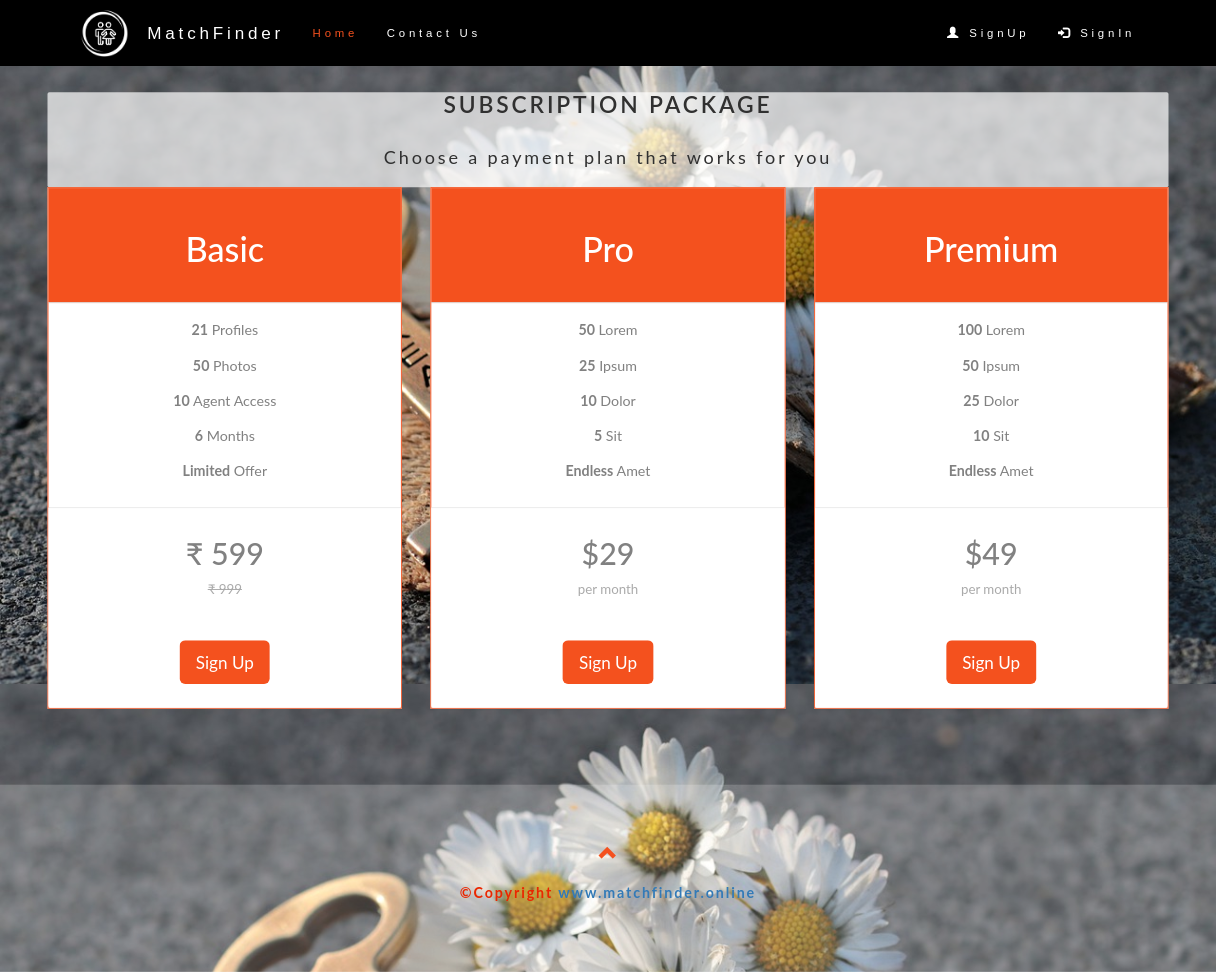
Repository: vibhu95/MatchFinder
Page: http://localhost/MatchFinder/package.jsp
An editor plug-in stored every save of this project. The page is shown before and after the next save, followed by the edit.
The browser window is 1280 px wide. The pictures show the whole page, at 95% of full size.
Backgrounds fixed to the window are drawn as part of the page. Some web libraries are served in a nearby version. The page is served by Tomcat 9. Other server files are loaded and not shown.

Above is the page before, as saved 2018-01-31 19:54:06.

### workspace/MatchFinder/WebContent/package.jsp
<%@ page language="java" contentType="text/html; charset=ISO-8859-1"
    pageEncoding="ISO-8859-1"%>
    <%@page import="javax.servlet.http.*" %>
<%@page import="com.classes.*" %>
<%@page import="com.controller.*" %>
<%@include file="header.jsp" %>

<!-- Container (Pricing Section) -->
<div id="pricing" class="container-fluid">
  <div style="background-color: rgba(255,255,255,0.7); border-radius:2px; height:100px; letter-spacing:3px" class="text-center">
    <h2 style="margin-top:10px">Subscription Package</h2>
    <h4>Choose a payment plan that works for you</h4>
  </div>
  <div class="row slideanim">
    <div class="col-sm-4 col-xs-12">
      <div class="panel panel-default text-center">
        <div class="panel-heading">
          <h1>Basic</h1>
        </div>
        <div class="panel-body">
          <p><strong>21</strong> Profiles</p>
          <p><strong>50</strong> Photos</p>
          <p><strong>10</strong> Agent Access</p>
          <p><strong>6</strong> Months</p>
          <p><strong>Limited</strong> Offer</p>
        </div>
        <div class="panel-footer">
          <h3>&#8377 599</h3>
          <h4><del>&#8377 999</del></h4>
          <button class="btn btn-lg">Sign Up</button>
        </div>
      </div>
    </div>
    <div class="col-sm-4 col-xs-12">
      <div class="panel panel-default text-center">
        <div class="panel-heading">
          <h1>Pro</h1>
        </div>
        <div class="panel-body">
          <p><strong>50</strong> Lorem</p>
          <p><strong>25</strong> Ipsum</p>
          <p><strong>10</strong> Dolor</p>
          <p><strong>5</strong> Sit</p>
          <p><strong>Endless</strong> Amet</p>
        </div>
        <div class="panel-footer">
          <h3>$29</h3>
          <h4>per month</h4>
          <button class="btn btn-lg">Sign Up</button>
        </div>
      </div>
    </div>
    <div class="col-sm-4 col-xs-12">
      <div class="panel panel-default text-center">
        <div class="panel-heading">
          <h1>Premium</h1>
        </div>
        <div class="panel-body">
          <p><strong>100</strong> Lorem</p>
          <p><strong>50</strong> Ipsum</p>
          <p><strong>25</strong> Dolor</p>
          <p><strong>10</strong> Sit</p>
          <p><strong>Endless</strong> Amet</p>
        </div>
        <div class="panel-footer">
          <h3>$49</h3>
          <h4>per month</h4>
          <button class="btn btn-lg">Sign Up</button>
        </div>
      </div>
    </div>
  </div>
</div>

<%@include file="footer.jsp" %>

### workspace/MatchFinder/WebContent/header.jsp
<%@ page language="java" contentType="text/html; charset=ISO-8859-1"
    pageEncoding="ISO-8859-1"%>
<!DOCTYPE html PUBLIC "-//W3C//DTD HTML 4.01 Transitional//EN" "http://www.w3.org/TR/html4/loose.dtd">
<%@page import="com.classes.*" %>
<%@ page session = "false" %>
<% HttpSession session = request.getSession(false); %>

<!-- header -->
<html lang="en">
<head>
  <title>Match@Finder</title>
  <meta charset="utf-8">
  <meta name="viewport" content="width=device-width, initial-scale=1">
  <link rel="stylesheet" href="https://maxcdn.bootstrapcdn.com/bootstrap/3.3.7/css/bootstrap.min.css">
  <link rel="stylesheet" href="css/style.css">
  <script src="https://ajax.googleapis.com/ajax/libs/jquery/3.2.1/jquery.min.js"></script>
  <script src="https://maxcdn.bootstrapcdn.com/bootstrap/3.3.7/js/bootstrap.min.js"></script>

<style>
#about{
	color: rgb(0,0,0);
	font-size:22;
	font-weight:bold;
}
#copy{
	color:rgb(234,39,0);
	font-size: 32;
	font-weight: bold;
	letter-spacing: 2px;
}
body{
 background: url('pic/11__11.jpg') no-repeat fixed;
  background-size: 100% 100%;
}
footer, #about{
background-color: rgba(255,255,255,0.2);
}
  .container {
      padding: 10px 30px;
  }
  .carousel-inner img {
    //  -webkit-filter: grayscale(90%);
   //  filter: grayscale(90%); /* make all photos black and white */
      width: 100%; /* Set width to 100% */
     margin:auto;
  }
  .carousel-caption h3 {
      color: #fff !important;
  }
    @media (max-width: 600px) {
    .carousel-caption {
      display: none; /* Hide the carousel text when the screen is less than 600 pixels wide */
    }
  }
  #signal{
  	float: right;
  	margin-top: 100px;
  }
  #upload_dp {
    display: none;
    width: 0;
    height: 0;
}
   #dp1:hover {
    opacity: 0.5;
    filter: alpha(opacity=50); /* For IE8 and earlier */
    cursor: pointer;
}

  </style>
  <script>
$(document).ready(function(){
    $("#dp1").click(function(){
        $('#upload_dp').click();
    })
});
</script>

</head>
<body id="myPage" data-spy="scroll" data-target=".navbar" data-offset="60">
<nav class="navbar navbar-inner navbar-fixed-top">
  <div class="container">
    <div class="navbar-header">
    <a href="index.jsp"><img src="pic/logos.png" alt="logo" style="float: left; margin-right: 20px " height="50px" width="50px"></a>
      <a class="navbar-brand" href="index.jsp">MatchFinder</a>
    </div>
    <ul class="nav navbar-nav">
       <li class="active"><a href="index.jsp">Home</a></li>
  <!--    <li class="dropdown"><a class="dropdown-toggle" data-toggle="dropdown" href="#">Page 1 <span class="caret"></span></a>
        <ul class="dropdown-menu">
          <li><a href="#">Page 1-1</a></li>
          <li><a href="#">Page 1-2</a></li>
          <li><a href="#">Page 1-3</a></li>
        </ul>
      </li>   -->
     <%
      if(session!=null)
      { %>
      <li><a href="agent.jsp">Agents</a></li>
      <% } %>
      <li><a href="contact.jsp">Contact Us</a></li>
      </ul>
    <ul class="nav navbar-nav navbar-right">
<script>
function upload(){
	 document.getElementById('upload').submit();
	  }

</script>
      <%
      if(session!=null)
      {
    	  if(session.getAttribute("user")!=null)
    	  {
    	    UserBean user = (UserBean)session.getAttribute("user");
    	    if(user!=null)
    	    {   %>
        <form action="UploadImage" method="post" id="upload" enctype="multipart/form-data">
        <input id="upload_dp" type="file" name="dp" size="chars" onchange="document.getElementById('upload').submit();">
           </form>
      <li style="font-size:20px; margin-top:10px;">
      <%      if(user.getDp()!=null)
               { int id = user.getId(); %>
      <img id="dp1" src="getImage.jsp?id=<%=id %>" class="img-circle" alt="getDp" style="margin-top:5px; margin-right:10px;" width="40px" hieght="40px"></img></li><li><a style="text-decoration:none;" href="profile.jsp?id=<%=user.getId() %>"><%=user.getName() %></a></li>
      <%         }
              else{ %>
    	<img id="dp1" src="pic/businessman_17.png" class="img-circle" alt="DefaultDp" style="margin-top:5px; margin-right:10px;" width="40px" hieght="40px"></img><a style="text-decoration:none;" href="profile.jsp?id=<%=user.getId() %>"><%=user.getName() %></a></li>
      <%         }
             }
      %>
      <li><a href="SignOut"><span class="glyphicon glyphicon-log-in"></span> SignOut</a></li>
      <%  }
      else {%>
    		<li><a href="login/login.jsp"><span class="glyphicon glyphicon-user"></span> SignUp</a></li>
    	      <li><a href="login/login.jsp"><span class="glyphicon glyphicon-log-in"></span> SignIn</a></li>
  <%  } }
    else { %>
    	<li><a href="login/login.jsp"><span class="glyphicon glyphicon-user"></span> SignUp</a></li>
      <li><a href="login/login.jsp"><span class="glyphicon glyphicon-log-in"></span> SignIn</a></li>
      <% } %>
       </ul>
  </div>
</nav>

<!-- Header Closed -->>

### workspace/MatchFinder/WebContent/footer.jsp
<%@ page language="java" contentType="text/html; charset=ISO-8859-1"
    pageEncoding="ISO-8859-1"%>
<!DOCTYPE html PUBLIC "-//W3C//DTD HTML 4.01 Transitional//EN" "http://www.w3.org/TR/html4/loose.dtd">

<!-- Footer Start -->

<footer class="container-fluid text-center">
  <a href="#myPage" title="To Top">
    <span class="glyphicon glyphicon-chevron-up"></span>
  </a>
  <p id="copy">&copyCopyright  <a href="https://www.matchfinder.online" title="Visit MatchFinder">www.matchfinder.online</a></p>
</footer>

<script>
$(document).ready(function(){
  // Add smooth scrolling to all links in navbar + footer link
  $(".navbar a, footer a[href='#myPage']").on('click', function(event) {
    // Make sure this.hash has a value before overriding default behavior
    if (this.hash !== "") {
      // Prevent default anchor click behavior
      event.preventDefault();

      // Store hash
      var hash = this.hash;

      // Using jQuery's animate() method to add smooth page scroll
      // The optional number (900) specifies the number of milliseconds it takes to scroll to the specified area
      $('html, body').animate({
        scrollTop: $(hash).offset().top
      }, 900, function(){

        // Add hash (#) to URL when done scrolling (default click behavior)
        window.location.hash = hash;
      });
    } // End if
  });

  $(window).scroll(function() {
    $(".slideanim").each(function(){
      var pos = $(this).offset().top;

      var winTop = $(window).scrollTop();
        if (pos < winTop + 600) {
          $(this).addClass("slide");
        }
    });
  });
})
</script>

</body>
</html>
<!-- Footer End -->

### workspace/MatchFinder/WebContent/css/style.css
body {
      font: 400 15px Lato, sans-serif;
      line-height: 1.8;
      color: #818181;
  }
  h2 {
      font-size: 24px;
      text-transform: uppercase;
      color: #303030;
      font-weight: 600;
      margin-bottom: 30px;
  }
  h4 {
      font-size: 19px;
      line-height: 1.375em;
      color: #303030;
      font-weight: 400;
      margin-bottom: 30px;
  }
  .jumbotron {
      background-color: #f4511e;
      color: #fff;
      padding: 100px 25px;
      font-family: Montserrat, sans-serif;
  }
  .container-fluid {
      padding: 60px 50px;
  }
  .bg-grey {
      background-color: #f6f6f6;
  }
  .logo-small {
      color: #f4511e;
      font-size: 50px;
  }
  .logo {
      color: #f4511e;
      font-size: 200px;
  }
  .thumbnail {
      padding: 0 0 15px 0;
      border: none;
      border-radius: 0;
  }
  .thumbnail img {
      width: 100%;
      height: 100%;
      margin-bottom: 10px;
  }
  .carousel-control.right, .carousel-control.left {
      background-image: none;
      color: #f4511e;
  }
  .carousel-indicators li {
      border-color: #f4511e;
  }
  .carousel-indicators li.active {
      background-color: #f4511e;
  }
  .item h4 {
      font-size: 19px;
      line-height: 1.375em;
      font-weight: 400;
      font-style: italic;
      margin: 70px 0;
  }
  .item span {
      font-style: normal;
  }
  .panel {
      border: 1px solid #f4511e;
      border-radius:0 !important;
      transition: box-shadow 0.5s;
  }
  .panel:hover {
      box-shadow: 5px 0px 40px rgba(0,0,0, .2);
  }
  .panel-footer .btn:hover {
      border: 1px solid #f4511e;
      background-color: #fff !important;
      color: #f4511e;
  }
  .panel-heading {
      color: #fff !important;
      background-color: #f4511e !important;
      padding: 25px;
      border-bottom: 1px solid transparent;
      border-top-left-radius: 0px;
      border-top-right-radius: 0px;
      border-bottom-left-radius: 0px;
      border-bottom-right-radius: 0px;
  }
  .panel-footer {
      background-color: white !important;
  }
  .panel-footer h3 {
      font-size: 32px;
  }
  .panel-footer h4 {
      color: #aaa;
      font-size: 14px;
  }
  .panel-footer .btn {
      margin: 15px 0;
      background-color: #f4511e;
      color: #fff;
  }
  .navbar {
      margin-bottom: 0;
    //  height: 19%;
    //  background-color: #f4511e;
      background-color: #000;
      z-index: 9999;
      border: 0;
      font-size: 12px !important;
      line-height: 1.42857143 !important;
      letter-spacing: 4px;
      border-radius: 0;
      font-family: Montserrat, sans-serif;
  }
  .navbar li a, .navbar .navbar-brand {
      color: #fff !important;
  }
  .navbar-nav li a:hover, .navbar-nav li.active a {
      color: #f4511e !important;
     // background-color: #fff !important;
  }
  .dropdown-menu {

      background-color: #000 !important;
  }
  .navbar-default .navbar-toggle {
      border-color: transparent;
      color: #fff !important;
  }
  footer .glyphicon {
      font-size: 20px;
      margin-bottom: 20px;
      color: #f4511e;
  }
  .slideanim {visibility:hidden;}
  .slide {
      animation-name: slide;
      -webkit-animation-name: slide;
      animation-duration: 1s;
      -webkit-animation-duration: 1s;
      visibility: visible;
  }
  @keyframes slide {
    0% {
      opacity: 0;
      transform: translateY(70%);
    }
    100% {
      opacity: 1;
      transform: translateY(0%);
    }
  }
  @-webkit-keyframes slide {
    0% {
      opacity: 0;
      -webkit-transform: translateY(70%);
    }
    100% {
      opacity: 1;
      -webkit-transform: translateY(0%);
    }
  }
  @media screen and (max-width: 768px) {
    .col-sm-4 {
      text-align: center;
      margin: 25px 0;
    }
    .btn-lg {
        width: 100%;
        margin-bottom: 35px;
    }
  }
  @media screen and (max-width: 480px) {
    .logo {
        font-size: 150px;
    }
  }

After the next save:
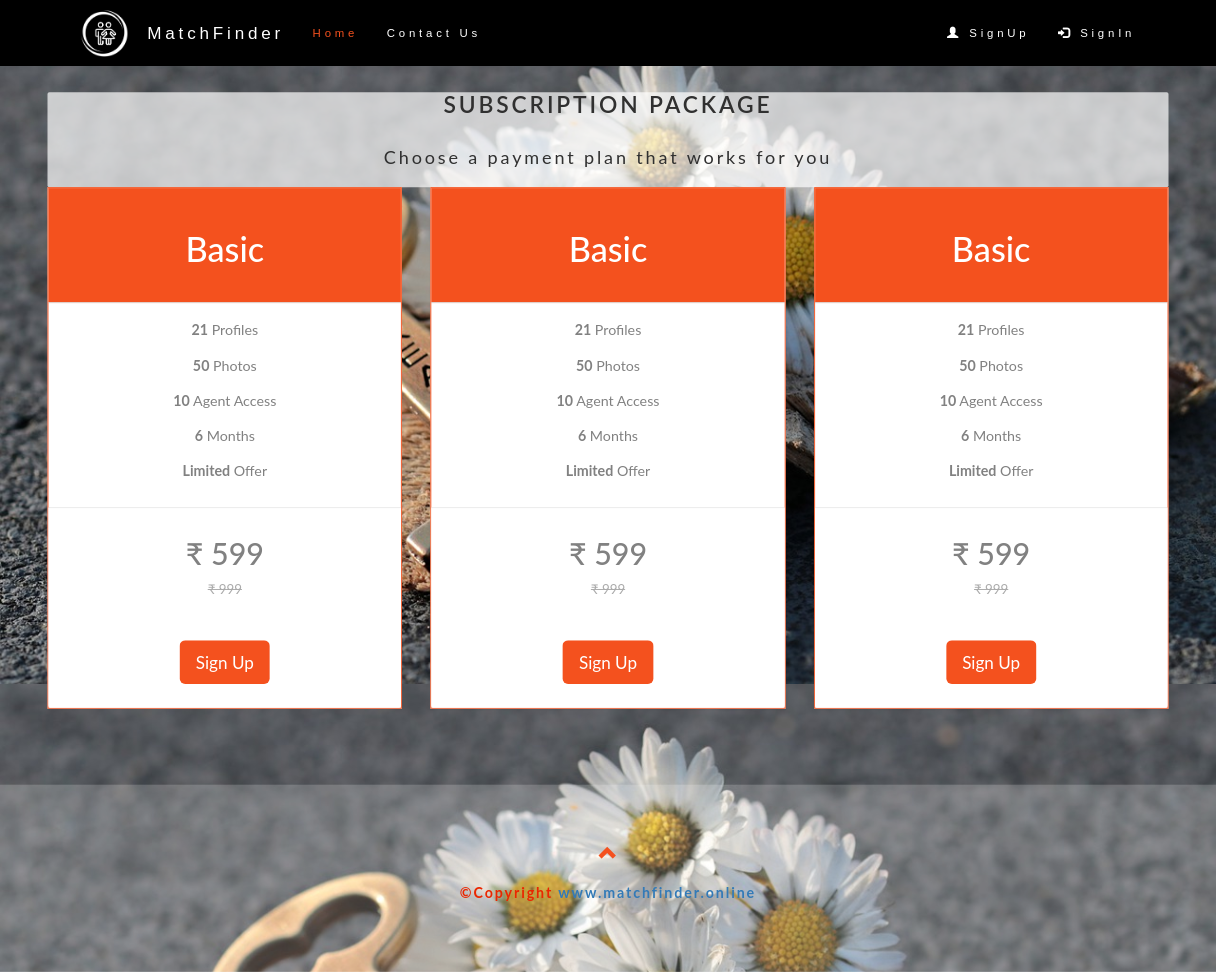
Saved 58 s later.
--- a/workspace/MatchFinder/WebContent/package.jsp
+++ b/workspace/MatchFinder/WebContent/package.jsp
@@ -34,18 +34,18 @@
     <div class="col-sm-4 col-xs-12">
       <div class="panel panel-default text-center">
         <div class="panel-heading">
-          <h1>Pro</h1>
+          <h1>Basic</h1>
         </div>
         <div class="panel-body">
-          <p><strong>50</strong> Lorem</p>
-          <p><strong>25</strong> Ipsum</p>
-          <p><strong>10</strong> Dolor</p>
-          <p><strong>5</strong> Sit</p>
-          <p><strong>Endless</strong> Amet</p>
+          <p><strong>21</strong> Profiles</p>
+          <p><strong>50</strong> Photos</p>
+          <p><strong>10</strong> Agent Access</p>
+          <p><strong>6</strong> Months</p>
+          <p><strong>Limited</strong> Offer</p>
         </div>
         <div class="panel-footer">
-          <h3>$29</h3>
-          <h4>per month</h4>
+          <h3>&#8377 599</h3>
+          <h4><del>&#8377 999</del></h4>
           <button class="btn btn-lg">Sign Up</button>
         </div>
       </div>
@@ -53,18 +53,18 @@
     <div class="col-sm-4 col-xs-12">
       <div class="panel panel-default text-center">
         <div class="panel-heading">
-          <h1>Premium</h1>
+          <h1>Basic</h1>
         </div>
         <div class="panel-body">
-          <p><strong>100</strong> Lorem</p>
-          <p><strong>50</strong> Ipsum</p>
-          <p><strong>25</strong> Dolor</p>
-          <p><strong>10</strong> Sit</p>
-          <p><strong>Endless</strong> Amet</p>
+          <p><strong>21</strong> Profiles</p>
+          <p><strong>50</strong> Photos</p>
+          <p><strong>10</strong> Agent Access</p>
+          <p><strong>6</strong> Months</p>
+          <p><strong>Limited</strong> Offer</p>
         </div>
         <div class="panel-footer">
-          <h3>$49</h3>
-          <h4>per month</h4>
+          <h3>&#8377 599</h3>
+          <h4><del>&#8377 999</del></h4>
           <button class="btn btn-lg">Sign Up</button>
         </div>
       </div>
